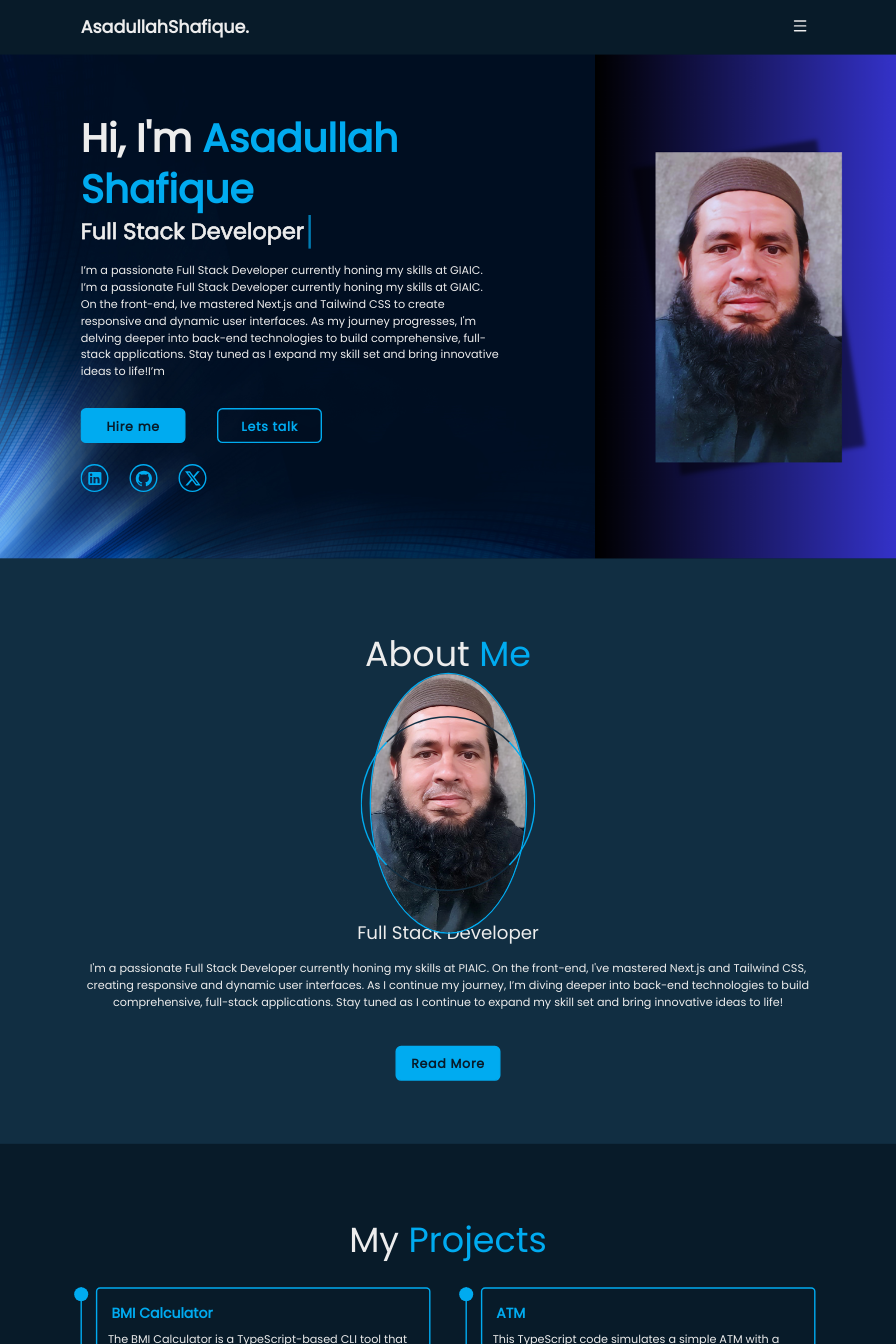
Repository: asadullah48/nextjs_projects_portfolio
Page: /
The author's editor kept a copy of each file at every save. The page is drawn from the files as they stood at one save, then again after the next save.
The browser window is 1280 px wide. The pictures show the part of the page from y = 0 to 1920 px (the page is 4234 px tall), at 70% of full size.
The project was rebuilt for these pictures with package versions that can differ from the ones it lists, and the page was loaded fresh each time. The framework's server and built-in components were replaced by stand-ins that run in the browser. Also part of the build but not shown: next.config.ts.

Above is the page before, as saved 2024-11-13 13:38:41.

### src/app/layout.tsx
import type { Metadata } from "next";
import { Poppins } from "next/font/google";
import "./globals.css";
import Link from "next/link";
<Link  href='https://unpkg.com/boxicons@2.1.4/css/boxicons.min.css' rel='stylesheet'></Link>

const poppins = Poppins({ subsets: ["latin"], weight : '400' });

export const metadata: Metadata = {
  title: "Tayyab Portfolio",
  description: "Generated by Tayyab Khalid",
};

export default function RootLayout({
  children,
}: Readonly<{
  children: React.ReactNode;
}>) {
  return (
    <html lang="en">
      <body className={poppins.className}>

        {children}

        </body>
    </html>
  );
}

### src/app/page.tsx
"use client"
import Link from "next/link";
import Image from "next/image";
import LinkedInIcon from "@mui/icons-material/LinkedIn";
import GitHubIcon from "@mui/icons-material/GitHub";
import XIcon from "@mui/icons-material/X";
import ArrowUpwardIcon from "@mui/icons-material/ArrowUpward";
import { Menu } from "lucide-react";
import { useState } from "react";
import {
  Sheet,
  SheetContent,
  SheetDescription,
  SheetHeader,
  SheetTitle,
  SheetTrigger,
} from "@/components/ui/sheet";

export default function Home() {
  const [isSidebarOpen, setIsSidebarOpen] = useState(false);

  const closeSidebar = () => {
    setIsSidebarOpen(false);
  };

  return (
    <main>
      {/* ---------header------------ */}
     <header className={`header flex justify-end items-center transition-opacity duration-300 ${isSidebarOpen ? "opacity-50" : "opacity-100"}`}>
        <div>
          <Link href={"#home"} className="logo ">
            AsadullahShafique.
          </Link>
        </div>
        <nav className="navbar">
          <Sheet open={isSidebarOpen} onOpenChange={setIsSidebarOpen}>
            <SheetTrigger className="tablet:hidden">
              <Menu className="menu-icon mr-4" />
            </SheetTrigger>
            <SheetContent className="pt-4 text-3xl">
              <br />
              <br />
              <br />
              <Link href={"#home"} onClick={closeSidebar}>
                Home
              </Link>
              <br />
              <br />
              <br />
              <Link href={"#about"} onClick={closeSidebar}>
                About
              </Link>
              <br />
              <br />
              <br />
              <Link href={"#education"} onClick={closeSidebar}>
                Project
              </Link>
              <br />
              <br />
              <br />
              <Link href={"#skills"} onClick={closeSidebar}>
                Skills
              </Link>
              <br />
              <br />
              <br />
              <Link href={"#contact"} onClick={closeSidebar}>
                Contact
              </Link>
              <br />
            </SheetContent>
          </Sheet>
          <ul className="hidden tablet:flex gap-x-8 text-[1.7rem]">
            <li>
              <Link
                className="text-[var(--text-color)] font-bold ml-[3.5rem] transition duration-300 hover:text-[var(--main-color)]
active:text-[var(--main-color)]"
                href={"#home"}
              >
                Home
              </Link>
            </li>
            <li>
              <Link
                className="text-[var(--text-color)] font-bold ml-[3.5rem] transition duration-300 hover:text-[var(--main-color)]
active:text-[var(--main-color)]"
                href={"#about"}
              >
                About
              </Link>
            </li>
            <li>
              <Link
                className="text-[var(--text-color)] font-bold ml-[3.5rem] transition duration-300 hover:text-[var(--main-color)]
active:text-[var(--main-color)]"
                href={"#education"}
              >
                Project
              </Link>
            </li>
            <li>
              <Link
                className="text-[var(--text-color)] font-bold ml-[3.5rem] transition duration-300 hover:text-[var(--main-color)]
active:text-[var(--main-color)]"
                href={"#skills"}
              >
                Skills
              </Link>{" "}
            </li>
            <li>
              <Link
                className="text-[var(--text-color)] font-bold ml-[3.5rem] transition duration-300 hover:text-[var(--main-color)]
active:text-[var(--main-color)]"
                href={"#contact"}
              >
                Contact
              </Link>
            </li>
          </ul>
        </nav>
      </header>

      {/*-------------- home section-------------- */}

      <section className={`home bg-[url('../../public/fullSizeImge1.jpg')] bg-cover bg-center transition-opacity duration-300 ${isSidebarOpen ? "opacity-50" : "opacity-100"}`} id="home">
        <div className="home-content">
          <h1>
            Hi, I'm<span> Asadullah Shafique</span>{" "}
          </h1>
          <div className="text-animated">
            <h3>Full Stack Developer</h3>
          </div>
          <p>
           I’m a passionate Full Stack Developer currently honing my skills at GIAIC.
           I’m a passionate Full Stack Developer currently honing my skills at GIAIC.
           On the front-end, Ive mastered Next.js and Tailwind CSS to create responsive and dynamic user interfaces.
           As my journey progresses, I'm delving deeper into back-end technologies to build comprehensive, full-stack applications.
           Stay tuned as I expand my skill set and bring innovative ideas to life!I’m
          </p>

          <div className="btn-box">
            <Link
              href={
                "https://www.linkedin.com/in/muhammad-tayyab-khalid-tayyabk993"
              }
              className="btn" target="_blank"
            >
              Hire me
            </Link>
            <Link
              href={
                "https://www.linkedin.com/in/muhammad-tayyab-khalid-tayyabk993"
              }
              className="btn" target="_blank"
            >
              Lets talk
            </Link>
          </div>
          <div className="flex-space-x-4 home-sci">
            <Link
              href="https://www.linkedin.com/in/muhammad-tayyab-khalid-tayyabk993"
              target="_blank"
              rel="noopener noreferrer"
              className="bx-bx1-linkedin"
            >
              <LinkedInIcon className="icon" sx={{ fontSize: 25 }} />
            </Link>
            <Link
              href={"https://github.com/tayyabkhalid993"}
              target="_blank"
              className="bx-bx1-github"
            >
              <GitHubIcon className="icon" sx={{ fontSize: 25 }} />
            </Link>
            <Link
              href={"https://x.com/TayyabK993?t=Me6-ULEimqiZR6jBTWGOwQ&s=09"}
              target="_blank"
              className="bx-bx1-x"
            >
              <XIcon className="icon" sx={{ fontSize: 25 }} />
            </Link>
          </div>
        </div>

        <div className="home-imgHover"></div>
      </section>

      {/* --------------About Section------------- */}

      <section className="about" id="about">
        <h2 className="heading">
          About <span>Me</span>
        </h2>

        <div className="about-image relative w-[25rem] h-[25rem] rounded-full flex justify-center items-center">
      <Image
        src="/SmallSizeImge.jpg"
        alt="Profile Image"
        width={225}
        height={225}
        className="Image rounded-full border-[.2rem] border-[var(--main-color)]"
      />
      <span className="circle-spin absolute"></span>
    </div>

        <div className="about-content">
          <h2>Full Stack Developer</h2>
          <p className="about-para">
            I'm a passionate Full Stack Developer currently honing my skills at
            PIAIC. On the front-end, I've mastered Next.js and Tailwind CSS,
            creating responsive and dynamic user interfaces. As I continue my
            journey, I’m diving deeper into back-end technologies to build
            comprehensive, full-stack applications. Stay tuned as I continue to
            expand my skill set and bring innovative ideas to life!
          </p>

          <div className="btn-box btns">
            <a href="#about" className="btn">
              Read More
            </a>
          </div>
        </div>
      </section>

      {/* -----------------------project section--------------------------- */}

      <section className="education" id="education">
        <h2 className="heading">
          My <span>Projects </span>
        </h2>

        <div className="education-row">
          <div className="education-column">
            {/* <h3 className="title">Education</h3> */}

            <div className="education-box">
              <div className="education-content">
                <div className="content">
                  <div className="year">
                    <h3>BMI Calculator</h3>
                  </div>
                  <p>
                    The BMI Calculator is a TypeScript-based CLI tool that
                    calculates Body Mass Index (BMI) using user inputs for
                    height and weight. It provides health status feedback
                    (Underweight, Healthy, Overweight) with color-coded results
                    using Chalk, and features an interactive interface with
                    Inquirer.
                    <Link
                      href="https://github.com/Tayyabkhalid993/PIAIC56/tree/main/NodeProjects/BMI"
                      className="text-blue-500 hover:underline ml-2"
                      target="_blank"
                    >
                      Read More
                    </Link>
                  </p>
                </div>
              </div>

              <div className="education-content">
                <div className="content">
                  <div className="year">
                    <h3>Rock-Paper-Scissors</h3>
                  </div>
                  <p>
                    A classic Rock-Paper-Scissors game. It allows players to
                    enter their name, choose between rock, paper, and scissors,
                    and then compares their choice to a computer's random
                    selection. The game displays the winner and offers the
                    option to play again.
                    <Link
                      href="https://github.com/Tayyabkhalid993/PIAIC56/tree/main/NodeProjects/Other_Projects/Rock_Paper_sessior"
                      className="text-blue-500
                      hover:underline ml-2"
                      target="_blank"
                    >
                      Read More
                    </Link>
                  </p>
                </div>
              </div>

              <div className="education-content">
                <div className="content">
                  <div className="year">
                    <h3>Number Guessing Game</h3>
                  </div>
                  <p>
                  A number guessing game. Computer generate a random number.
                  Then user is prompted to guess a randomly generated number between 1 and 10. If the guess is correct, the game ends with a congratulatory message. If the guess is incorrect, the user is provided with feedback (too high or too low) and allowed to try again until they guess correctly.
                    <Link
                      href="https://github.com/Tayyabkhalid993/PIAIC56/tree/main/NodeProjects/Project01_number_guessing_game"
                      className="text-blue-500 hover:underline ml-2"
                      target="_blank"
                    >
                      Read More
                    </Link>
                  </p>
                </div>
              </div>
            </div>
          </div>

          {/* --------------2nd column----------- */}

          <div className="education-column">
            {/* <h3 className="title">Experience</h3> */}
            <div className="education-box">
              <div className="education-content">
                <div className="content">
                  <div className="year">
                    <h3>ATM</h3>
                  </div>
                  <p>
                  This TypeScript code simulates a simple ATM with a command-line interface (CLI).
                  Users can choose to "Sign in" using predefined credentials. Upon successful login, they can check their balance, withdraw cash (limited by available funds), or choose pre-defined "Fast cash" amounts. The program uses inquirer for user prompts and chalk for colored output.
                    <Link
                      href="https://github.com/Tayyabkhalid993/PIAIC56/tree/main/NodeProjects/Project02_ATM"
                      className="text-blue-500
                      hover:underline ml-2"
                      target="_blank"
                    >
                      Read More
                    </Link>
                  </p>
                </div>
              </div>

              <div className="education-content">
                <div className="content">
                  <div className="year">
                    <h3>To-Do List</h3>
                  </div>
                  <p>
                  A simple to-do list application.
                  Users are prompted to enter tasks, which are added to a list. The program continues to ask for more tasks until the user confirms they are finished. Finally, the completed to-do list is displayed.
                    <Link
                      href="https://github.com/Tayyabkhalid993/PIAIC56/tree/main/NodeProjects/Project03_toDoList"
                      className="text-blue-500
                       hover:underline ml-2"
                      target="_blank"
                    >
                      Read More
                    </Link>
                  </p>
                </div>
              </div>

              <div className="education-content">
                <div className="content">
                  <div className="year">
                    <h3>Currency Converter</h3>
                  </div>
                  <p>
                  A currency converter with a user-friendly. Users can select the currency they want to convert from and to,
                  as well as enter the amount. The program utilizes a defined exchange rate object to calculate the equivalent amount in the desired currency. Finally, it displays the converted amount with clear formatting.
                    <Link
                      href="https://github.com/Tayyabkhalid993/PIAIC56/tree/main/NodeProjects/Other_Projects/Rock_Paper_sessior"
                      className="text-blue-500
                       hover:underline ml-2"
                      target="_blank"
                    >
                      Read More
                    </Link>
                  </p>
                </div>
              </div>
            </div>
          </div>
        </div>
      </section>

      {/* -----------------------skill section--------------------------- */}
      <section className="skills" id="skills">
        <h2 className="heading">
          {" "}
          My <span>Skills</span>
        </h2>
            <h3 className="skill-title">Coding Skills</h3>

        <div className="skills-row">
          <div className="skills-column">

            <div className="skills-box">
              <div className="skills-content">
                <div className="progress">
                  <h3>
                    HTML <span>90%</span>
                  </h3>
                  <div className="bar">
                    <span></span>
                  </div>
                </div>
                <div className="progress">
                  <h3>
                    CSS <span>80%</span>
                  </h3>
                  <div className="bar">
                    <span></span>
                  </div>
                </div>
                <div className="progress">
                  <h3>
                    TypeScript <span>92%</span>
                  </h3>
                  <div className="bar">
                    <span></span>
                  </div>
                </div>
                <div className="progress">
                  <h3>
                    Python <span>83%</span>
                  </h3>
                  <div className="bar">
                    <span></span>
                  </div>
                </div>
                  <div className="bar">
                    <span></span>
                  </div>
              </div>
            </div>
          </div>

          {/* ----------------------For another Column--------------------------- */}

          <div className="skills-column">
            {/* <h3 className="title">Professional Skills</h3> */}
            <div className="skills-box">
              <div className="skills-content">
                <div className="progress">
                  <h3>
                  Next.JS <span>95%</span>
                  </h3>
                  <div className="bar">
                    <span></span>
                  </div>
                </div>
                <div className="progress">
                  <h3>
                    Tailwind CSS <span>85%</span>
                  </h3>
                  <div className="bar">
                    <span></span>
                  </div>
                </div>
                <div className="progress">
                  <h3>
                    Express <span>82%</span>
                  </h3>
                  <div className="bar">
                    <span></span>
                  </div>
                </div>
                <div className="progress">
                  <h3>
                  Node Js <span>83%</span>
                  </h3>
                  <div className="bar">
                    <span></span>
                  </div>
                </div>
                  <div className="bar">
                    <span></span>
                </div>
              </div>
            </div>
          </div>
        </div>
      </section>

      <section className="contact" id="contact">
        <center></center>
        <h2 className="heading">
          Contact <span>Me!</span>
        </h2>

        <form action="#">
          <div className="input-box">
            <div className="input-field">
              <input type="text" placeholder="Full Name" required />
              <span className="focus"></span>
            </div>
            <div className="input-field">
              <input type="text" placeholder="Email Address" required />
              <span className="focus"></span>
            </div>
          </div>

          <div className="input-box">
            <div className="input-field">
              <input type="string" placeholder="Mobile Number" required />
              <span className="focus"></span>
            </div>
            <div className="input-field">
              <input type="text" placeholder="Email Subject" required />
              <span className="focus"></span>
            </div>
          </div>
          <div className="textarea-field">
            <textarea
              name=""
              id=""
              cols={30}
              rows={10}
              placeholder="Your Message"
              required
            ></textarea>
            <span className="focus"></span>
          </div>

          <div className="btn-box btns">
            <a href="#contact" className="btn">
              Submit
            </a>
          </div>
        </form>
      </section>

      {/* --------------footer-------------- */}

      <footer className="footer">
        <div className="footer-text">
          <p>Copyright &copy; 2024 by Tayyab | All Right Reserved.</p>
        </div>

        <div className="footer-iconTop">
          <Link href="/" className=" bg-cyan-500 bx-bx1-arrowUpWardIcon">
            <ArrowUpwardIcon className="icon" sx={{ fontSize: 25 }} />
          </Link>
        </div>
      </footer>
    </main>
  );
}

Loaded but not shown: src/lib/utils.ts (common file); tailwind.config.ts (common file); src/app/globals.css (833 lines, source omitted); src/components/ui/sheet.tsx (140 lines, source omitted)

After the next save:
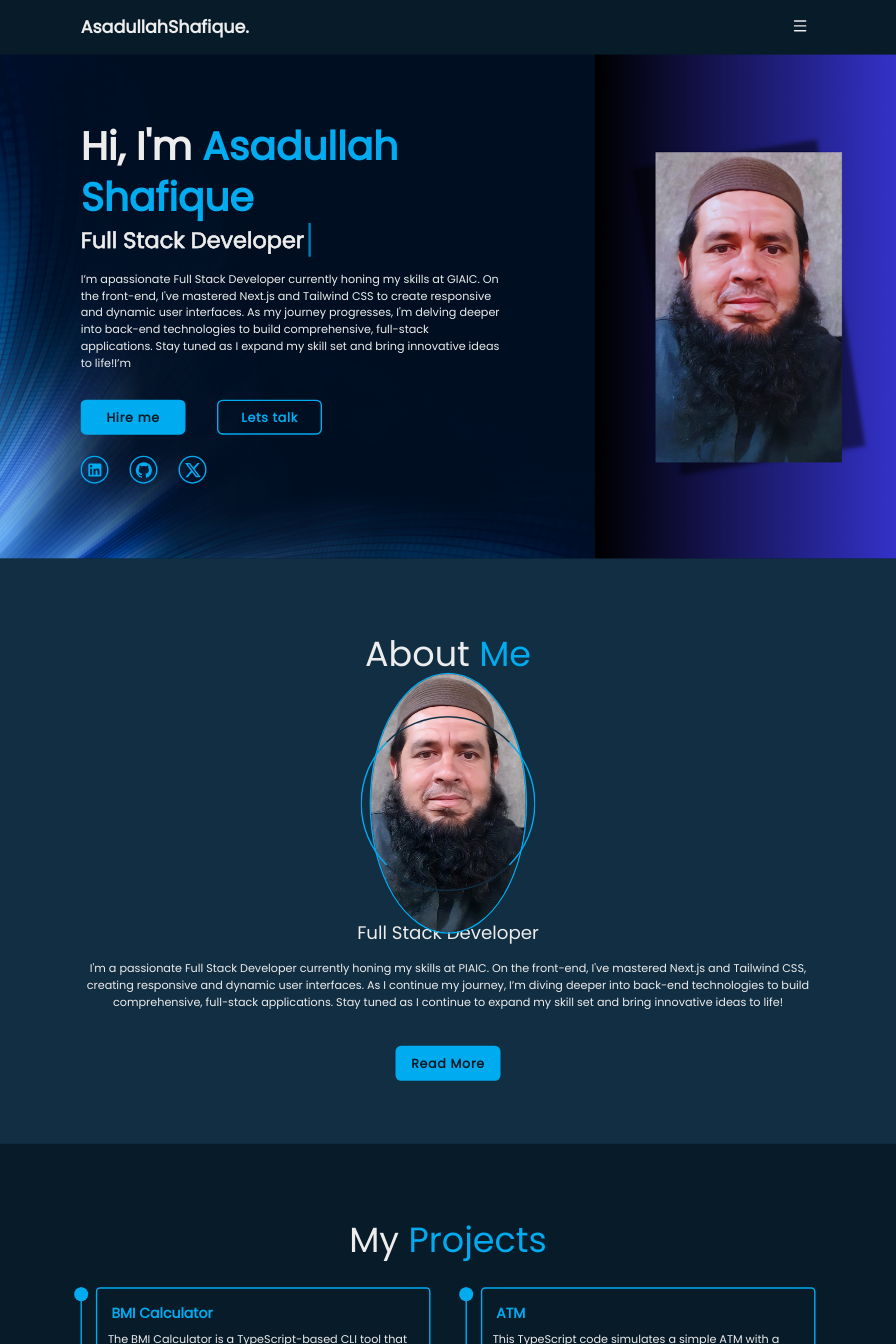
Saved 4 s later.
--- a/src/app/page.tsx
+++ b/src/app/page.tsx
@@ -132,9 +132,8 @@ active:text-[var(--main-color)]"
             <h3>Full Stack Developer</h3>
           </div>
           <p>
-           I’m a passionate Full Stack Developer currently honing my skills at GIAIC.
-           I’m a passionate Full Stack Developer currently honing my skills at GIAIC.
-           On the front-end, Ive mastered Next.js and Tailwind CSS to create responsive and dynamic user interfaces.
+           I’m apassionate Full Stack Developer currently honing my skills at GIAIC.
+          On the front-end, I've mastered Next.js and Tailwind CSS to create responsive and dynamic user interfaces.
            As my journey progresses, I'm delving deeper into back-end technologies to build comprehensive, full-stack applications.
            Stay tuned as I expand my skill set and bring innovative ideas to life!I’m
           </p>
